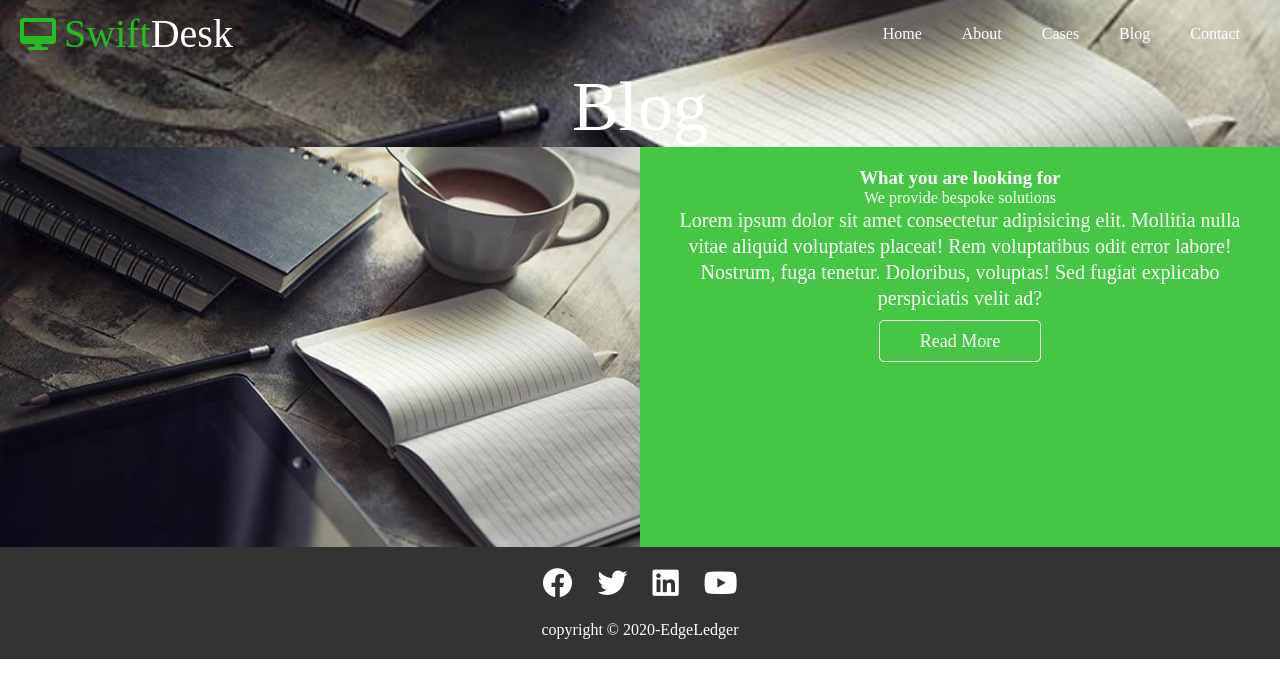
Repository: reemoon-ctrl/swiftdisk-Website-Flexbox
Page: blog.html
An editor plug-in stored every save of this project. The page is shown before and after a run of saves, followed by the edit.
The browser window is 1280 px wide. The pictures show the whole page.

Above is the page before, as saved 2024-07-27 12:15:49.

### blog.html
<!DOCTYPE html>
<html lang="en">
<head>
    <meta charset="UTF-8">
    <meta name="viewport" content="width=device-width, initial-scale=1.0">
    <title>
        Swift Desk
    </title>
    <link rel="stylesheet" href="https://cdnjs.cloudflare.com/ajax/libs/font-awesome/6.0.0-beta3/css/all.min.css">

    <link rel="stylesheet" href="index.css">
</head>
<body>
    <div class="show-case" id="blog-case">
        <header>
            <div class="nav-bar">
                <div class="title-bar">
                    <i class="fas fa-desktop fa-2x" style="color: rgb(37, 187, 37)"></i>
                    <h1 class="title"><span class="fword"> Swift</span>Desk</h1>
                </div>
                <div class="link-bar">
                    <a href="index.html">Home</a>
                    <a href="#about">About</a>
                    <a href="#cases">Cases</a>
                    <a href="#blog">Blog</a>
                    <a href="#contact">Contact</a>
                </div>
            </div>
            <h1>Blog</h1>
        </header>

        <div class="solutions">
            <div class="img"></div>
            <div class="solution-content">
                <h3>What you are looking for</h3>
                <h>We provide bespoke solutions</h>
                <p>Lorem ipsum dolor sit amet consectetur
                    adipisicing elit. Mollitia nulla vitae aliquid voluptates
                    placeat! Rem voluptatibus odit error labore! Nostrum,
                     fuga tenetur. Doloribus, voluptas! Sed
                    fugiat explicabo perspiciatis velit ad?</p>
                <a href="index.html">Read More</a>
             </div>
        </div>

    <footer>
            <ul class="footer-icon">
                <li><a href=""><i class="fa-brands fa-facebook"></i></a></li>
                <li><a href=""><i class="fa-brands fa-twitter"></i></a></li>
                <li><a href=""><i class="fa-brands fa-linkedin"></i></a></li>
                <li><a href=""><i class="fa-brands fa-youtube"></i></a></li>
            </ul>
            <p>copyright &copy; 2020-EdgeLedger</p>
    </footer>

</body>
</html>

### index.css
*{
    box-sizing: border-box;
    margin: 0;
    padding: 0;
}
body{

}
.nav-bar{
    display: flex;
    justify-content:space-between ;
    padding: 10px 20px;
    color:#fff;




}
.title-bar{
    align-items: center;
    flex-grow: 1;
    display: flex;
    gap:.5rem;


}
.title-bar h1{
    display:inline-block;
    font-size:2.5rem;
    font-weight: 400;
}

.link-bar{

    /* flex-grow:1 ; */
    align-self: center;
    display: flex;
}
.link-bar a{
    padding: 10px 20px;
    color:#fff;
    text-decoration: none;


}
.link-bar a:hover{
    border-bottom: 1px #25bb25 solid;
}
.fword{
    color:#25bb25;
}
.show-case{
   height:100vh;
   text-align: center;
   color:#fff;

   background:  url('img/home/showcase.jpg') no-repeat center center/cover ;
}
.hd-content{
    padding-top: 18rem;
}
.hd-content h1{
    font-size: 3rem;
}
.hd-content p{
    font-size: 1.5rem;
    padding-top: .8rem;
    padding-bottom: .8rem;
}
.hd-content a{
    color: #fff;
    background:#45c745 ;
    padding: 10px 30px;
    border-radius: 5px;
    text-decoration: none;
    text-align: center;
}
.about-section ul{
    display: flex;
    list-style: none;
    gap: 20px;

}
.about-srvice{
    padding: 50px ;
}
.about-srvice li{
    text-align: center;
}
.about-srvice li i{
    background-color: rgb(69, 199, 69);
    color:#fff;
    width:70px;
    height: 70px;
    border-radius: 70px;
    font-size: 40px;
    padding-top:15px ;


}
.about-srvice li h3{
    padding-top: 20px;
}
.about-srvice li p{
    padding-top: 20px;
    font-size: 20px;
    color: dimgrey;
}

.solutions{
    display:flex;
    background: #45c745;

}
.img{
    width:50%;
    background: url('/img/home/people.jpg') center center/cover no-repeat;

}
.solution-content{
    color:#fff;
    padding:20px 30px;
    height:25rem;
    width: 50%;
}
.solution-content h2{
    font-size: 40px;
    font-weight: 500;
    padding: 1.5rem 0px;
}
.solution-content p{
    font-size: 20px;
    line-height: 1.3;
    margin-bottom: 20px;
}
.solution-content a{
    padding: 10px 40px;
    border: 1px solid;
    color:#fff;
    text-decoration: none;
    border-radius: 5px;
    font-size: 18px;

}
.Business-case{
    width: 100vw;
}
.Business-case-content{
    text-align: center;
    padding-left: 30px;
    padding-right: 30px;
}
.Business-case-content h3{
    padding: 30px 0px;
}
.Business-case-content h2{
   padding-bottom: 30px;
    font-size: 40px;
    font-weight: 500;
}
.Business-case-content p{
    padding-bottom: 30px;
    font-size: 20px;
}
.BC-image{
    display: grid;
    grid-template-columns:100px 100px 100px 100px ;
   gap: 20px;
   padding: 40px 0px;
}
.BCimg{
    width: 100px;
    height:100px;

}
/* //////////////////////////////////// */
.blog{
    display:flex;
    background: #5145f3;
    flex-direction: row-reverse;

}
.img{
    width:50%;
    background: url('/img/home/blog.jpg') center center/cover no-repeat;

}
.blog-content{
    color:#fff;
    padding:20px 30px;
}
.blog-content{
    height:25rem;
    width: 50%;
}
.blog-content h2{
    font-size: 40px;
    font-weight: 500;
    padding: 1.5rem 0px;
}
.blog-content p{
    font-size: 20px;
    line-height: 1.3;
    margin-bottom: 20px;
}
.blog-content a{
    padding: 10px 40px;
    border: 1px solid;
    color:#fff;
    text-decoration: none;
    border-radius: 5px;
    font-size: 18px;

}
.our-team{
    padding-bottom: 40px;
}
.team-image{
    display: flex;
    justify-content: space-around;
    width: 100vw;
    list-style: none;
    text-align: center;

}
.team-image li h4{
    padding: 15px;
}
.tmimg{
    width: 90%;
    height:70%;
    border-radius: 70%;

}
.request{
    display: flex;
    background-color: #f4f4f4;
}
.request .img{
    background: url(/img/home/contact.jpg);
}
.form-content{
    color:#333;
    padding:20px 30px;
    height:25rem;
    width: 50%;
}
.form-content h2{
    color:#333;
    font-size: 40px;
    font-weight: 500;
    padding: 1.5rem 0px;
    font-weight:lighter;
}
.requwst-form{
    display: flex;
    flex-direction: column;
    gap :20px;

}
.requwst-form input{
border: #ddd;
color: #333;
font-size: 15px;
padding: 10px;
}
.requwst-form input[type=submit]{
    background: #25bb25;
    color:#fff;
    cursor: pointer;
    border-radius: 5px;


}
.requwst-form input[type=submit]:hover{
    background-color: #6de66d;

}
footer{
    background: #333;
    padding: 20px ;
}
.footer-icon{
    display: flex;
    align-items: center;
    justify-content: center;
    gap:25px;
}
.footer-icon li{
    list-style: none;
}
.footer-icon li a{
    color: #fff;
    font-size: 30px;
}
.footer-icon li a:hover{
    color: #45c745;
}

footer p{
    text-align: center;
    color: #fff;
    padding-top: 20px;

}
#blog-case{
    height:30vh;
    text-align: center;
    color:#fff;
    background:  url('img/home/blog.jpg') no-repeat center center/cover ;
 }
header h1{
    font-size: 70px;
    font-weight: 400;
 }

After the next 3 saves:
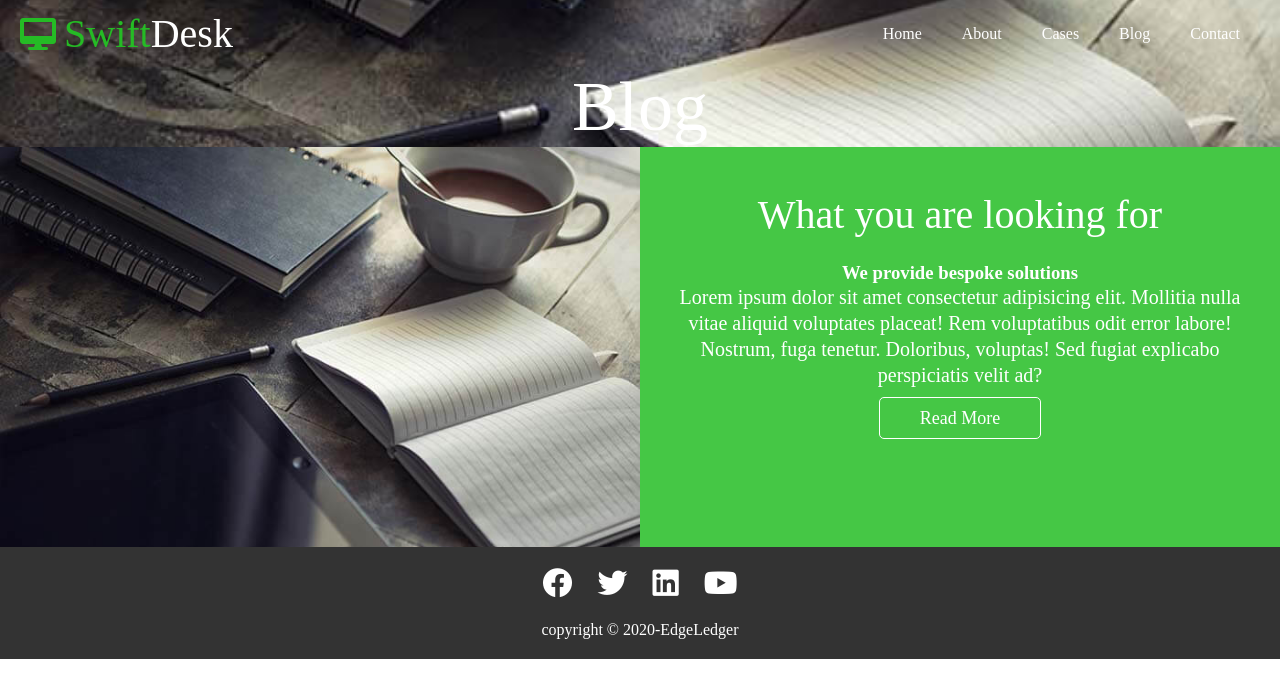
The 3 saves are shown as one change because they came seconds apart.
The last was saved 13 s later.
--- a/blog.html
+++ b/blog.html
@@ -32,8 +32,8 @@
         <div class="solutions">
             <div class="img"></div>
             <div class="solution-content">
-                <h3>What you are looking for</h3>
-                <h>We provide bespoke solutions</h>
+                <h2>What you are looking for</h2>
+                <h3>We provide bespoke solutions</h3>
                 <p>Lorem ipsum dolor sit amet consectetur
                     adipisicing elit. Mollitia nulla vitae aliquid voluptates
                     placeat! Rem voluptatibus odit error labore! Nostrum,
